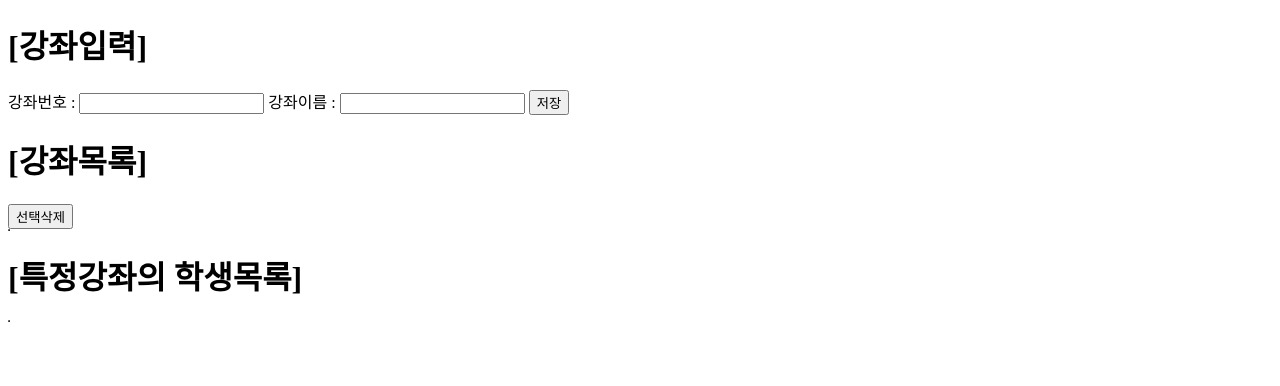
Repository: whwlsghkstm/html
Page: Ex0508/WebContent/clist.html
These files come from the project's save history. The page is drawn as it stood at one moment and after the next save; the edit follows.
The browser window is 1280 px wide. The pictures show the whole page.
Some web libraries are served in a nearby version.

Above is the page before, as saved 2020-05-08 07:05:05.

After the next save:
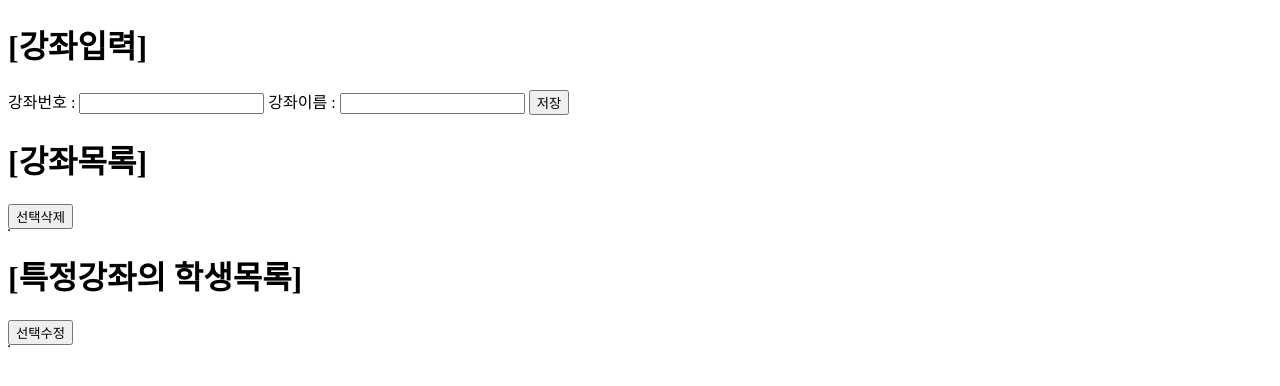
Saved 58 s later.
--- a/Ex0508/WebContent/clist.html
+++ b/Ex0508/WebContent/clist.html
@@ -36,6 +36,7 @@
 	</script>
 
 	<h1>[특정강좌의 학생목록]</h1>
+	<input type="button" id="btnUpdate" value="선택수정">
 	<table id="tab1" border=1></table>
 	<script id="temp1" type="text/x-handlebars-template">
 			<tr class="title1">
@@ -43,6 +44,7 @@
 				<td>학생번호</td>
 				<td>학생이름</td>
 				<td>점수</td>
+				<td>수정</td>
 			</tr>
 
 		{{#each jArray}}
@@ -51,6 +53,7 @@
 				<td class="scode">{{scode}}</td>
 				<td class="sname">{{sname}}</td>
 				<td><input type="text" class="grade" value="{{grade}}"></td>
+				<td><button class="btnUpdate">수정</button></td>
 			</tr>
 		{{/each}}
 	</script>
